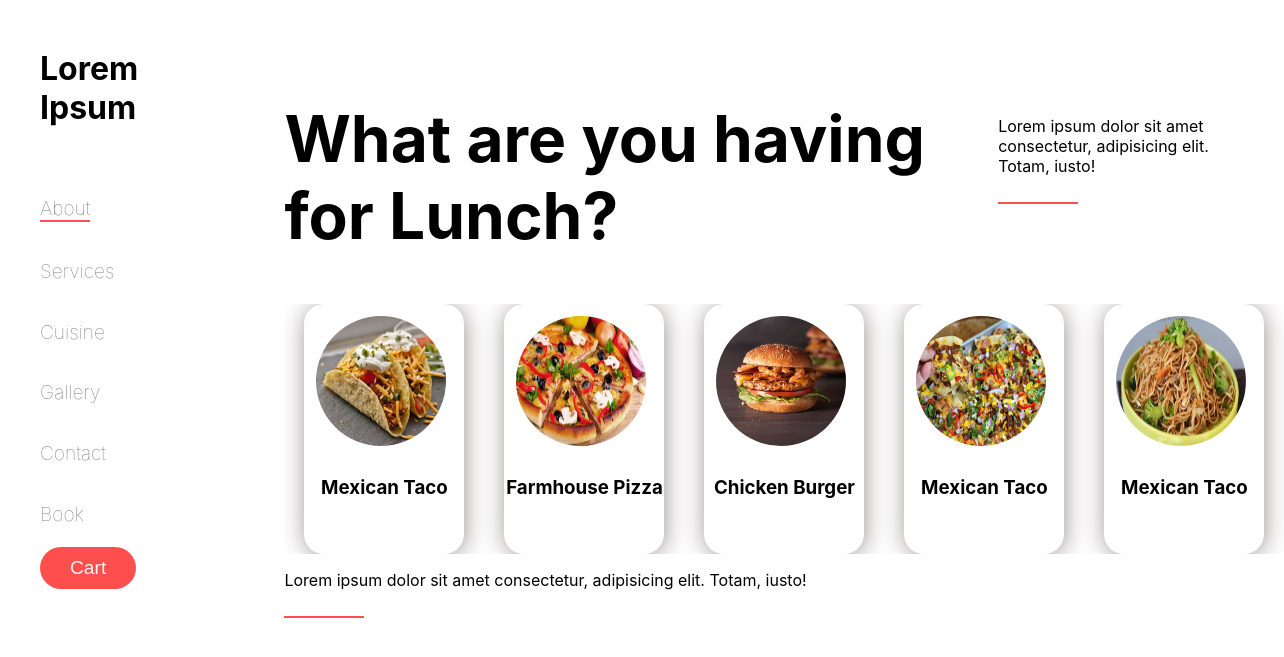
Repository: Marlstergo/assignment2
Page: /
An editor plug-in stored every save of this project. The page is shown before and after the next save, followed by the edit.
The browser window is 1280 px wide. The page is 1284 px wide, then 1280 px, so the pictures cover 1284 px, including what lies to the right of the window. The pictures show the whole page.
The project was rebuilt for these pictures with package versions that can differ from the ones it lists, and the page was loaded fresh each time.

Above is the page before, as saved 2021-07-28 15:24:01.

### src/App.js
import logo from "./logo.svg";
import "./App.css";

import Nachos from "./asset/nachos.png";
import Taco from "./asset/taco.png";
import Noodles from "./asset/noodles.png";
import Pizza from "./asset/pizza.png";
import Chicken from "./asset/chicken.png";

function App() {
  return (
    <div className="container">
      <div className="full">
        <div className="sidebar">
          <div className="logo">
            <h1>Lorem</h1>

            <h1> Ipsum</h1>
          </div>
          <div className="items">
            <div className="item ">
              <h2 id="currnet">About</h2>
            </div>
            <div className="item">
              <h2 className="">Services</h2>
            </div>
            <div className="item">
              <h2 className="">Cuisine</h2>
            </div>
            <div className="item">
              <h2 className="">Gallery</h2>
            </div>
            <div className="item">
              <h2 className="">Contact</h2>
            </div>
            <div className="item">
              <h2 className="">Book</h2>
            </div>
            <div className="item">
              <button className="button">Cart</button>
            </div>
          </div>
        </div>
        <div className="main-view">
          <div className="hero">
            <div className="title">
              <h1 className="">What are you having for Lunch?</h1>
            </div>
            <div className="paragraph">
              <p className="">
                Lorem ipsum dolor sit amet consectetur, adipisicing elit. Totam,
                iusto!
              </p>
              <div className="divider" />
            </div>
          </div>
          <div className="row">
            <div className="cell">
              <div className="imagediv">
                {/* image */}
                <img src={Taco} alt="tago" className="" />
              </div>
              <div className="text-field">
                <h3 className="">Mexican Taco</h3>
              </div>
            </div>
            <div className="cell">
              <div className="imagediv">
                <img src={Pizza} alt="pizza" className="" />
                {/* image */}
              </div>
              <div className="text-field">
                <h3 className="">Farmhouse Pizza</h3>
              </div>
            </div>
            <div className="cell">
              <div className="imagediv">
                {/* image */}
                <img src={Chicken} alt="chicken" className="" />
              </div>
              <div className="text-field">
                <h3 className="">Chicken Burger</h3>
              </div>
            </div>
            <div className="cell">
              <div className="imagediv">
                {/* image */}
                <img src={Nachos} alt="nachos" className="" />
              </div>
              <div className="text-field">
                <h3 className="">Mexican Taco</h3>
              </div>
            </div>
            <div className="cell">
              <div className="imagediv">
                {/* image */}
                <img src={Noodles} alt="noodles" className="" />
              </div>
              <div className="text-field">
                <h3 className="">Mexican Taco</h3>
              </div>
            </div>
          </div>
          <div className="footerparagraph">
            <div className="paragraph2">
              <p className="">
                Lorem ipsum dolor sit amet consectetur, adipisicing elit. Totam,
                iusto!
              </p>
              <div className="divider" />
            </div>
          </div>
        </div>
      </div>
    </div>
  );
}

export default App;

### src/App.css
.container {
  height: 100vh;
  width: 100%;
  /* padding-left: 1.5rem;
  padding-right: 1.5rem; */
}

@media screen and (min-width: 640px) {
  .container {
    max-width: 640px;
    margin: 0 auto;
  }
}

@media screen and (min-width: 768px) {
  .container {
    max-width: 768px;
  }
  .sidebar {
    display: none;
  }
}

@media screen and (min-width: 1024px) {
  .container {
    max-width: 1024px;
    /* padding-left: 4rem;
    padding-right: 4rem; */
  }
}

@media screen and (min-width: 1280px) {
  .container {
    max-width: 1280px;
    /* padding-left: 5rem;
    padding-right: 5rem; */
  }
  .sidebar {
    display: none;
  }
}

@media screen and (min-width: 1536px) {
  .container {
    max-width: 1536px;
  }
}

.full {
  display: grid;
  grid-template-columns: repeat(9, minmax(0, 1fr));
  height: 100%;
}

.sidebar {
  grid-column: span 2 / span 2;
  padding-left: 40px;
  /* margin: auto 0; */
}
.logo {
  height: 175px;
  display: flex;
  /* align-items: center; */
  flex-direction: column;
  justify-content: center;
}

.items {
}

.item {
  color: rgb(101, 106, 104);
  font-weight: 100;
  margin: 5px 0px;
  /* font-size: ; */
  display: flex;
}
.item h2 {
  font-weight: 100;
  font-size: larger;
}

.button {
  padding: 10px 30px;
  font-size: larger;
  border-radius: 50px;
  background-color: rgb(255, 78, 78);
  border: 0;
  color: whitesmoke;
}

.logo h1 {
  padding: auto auto;
}

.main-view {
  grid-column: span 7 / span 7;
}

.row {
  display: inline-flex;
  overflow: hidden;
}

.hero {
  margin: 50px 0px;
  margin-top: 100px;
  display: grid;
  grid-template-columns: repeat(9, minmax(0, 1fr));
}
.paragraph {
  grid-column: span 3 / span 3;
  padding: 0 50px;
  border: 10px;
}

.divider {
  border-bottom: 2px solid rgb(255, 78, 78);
  /* border-color: rgb(255,78,78); */
  width: 80px;
  height: 10px;
}

.title {
  grid-column: span 6 / span 6;
  font-size: 2rem;
}

h1 {
  margin: 0;
}

.cell {
  margin-left: 20px;
  margin-right: 20px;
  /* background-color: aqua; */
  border-radius: 20px;
  height: 250px;
  width: 160px;
  box-shadow: 1px 2px 24px rgb(158, 148, 148);
}
.cell h3 {
  /* width: 100%; */
  margin: 0 auto;
}

.text-field {
  /* width: 100%; */
  /* margin: auto; */
  margin: 30px 0;
  display: flex;
}

.imagediv {
  margin: 12px;
  height: 130px;
  width: 130px;
  border-radius: 100%;
  overflow: hidden;
  display: flex;
  justify-content: center;
  align-items: center;
}

img {
  width: 100%;
  height: 100%;
}

#currnet {
  border-bottom: 2px solid rgb(255, 78, 78);
  text-decoration: underline;
  text-decoration: rgb(255, 78, 78);
}

@media screen and (max-width: 480px) {
  .main-view {
    grid-column: span 9 / span 93;
  }
  .sidebar {
    background-color: lightgreen;
    display: none;
  }
  .hero {
    display: block;
  }
  .paragraph {
    display: none;
  }
  .row {
    display: grid;
    grid-template-columns: repeat(2, minmax(0, 1fr));
    gap: 10px;
  }
}
@media screen and (min-width: 481px) {
  .sidebar{
    display: block;
  }
}

Loaded but not shown: public/index.html (common file); src/index.js (common file); src/index.css (common file); src/reportWebVitals.js (common file)

After the next save:
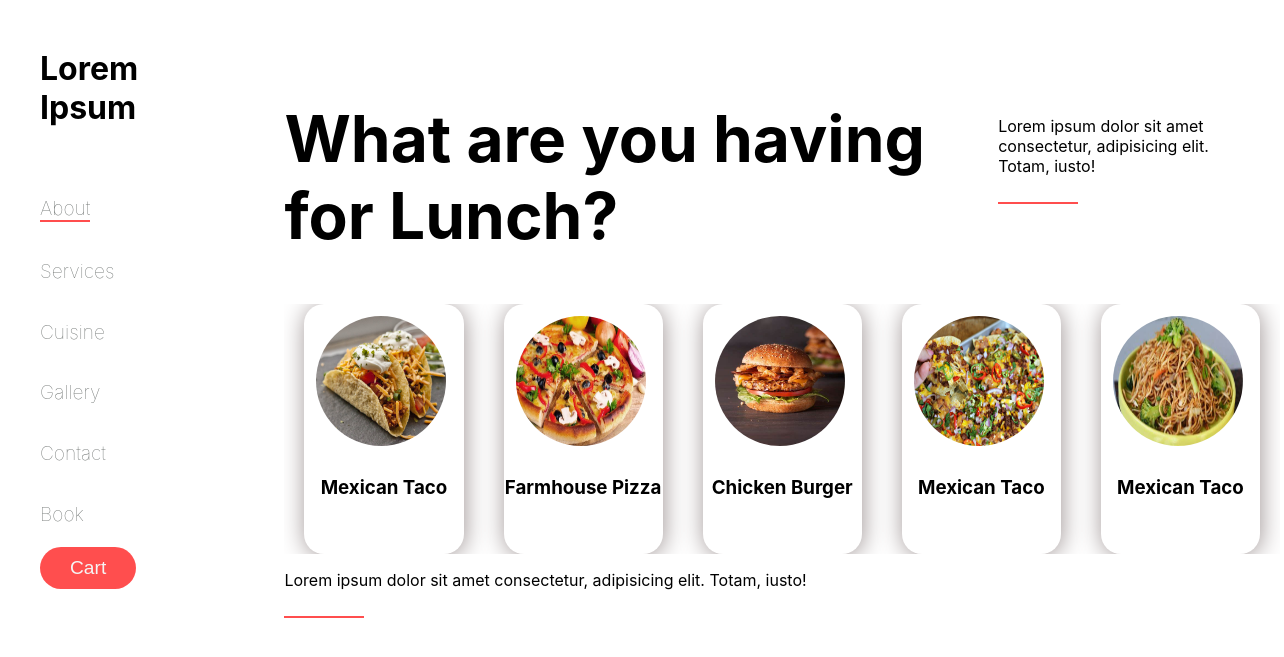
Saved 42 s later.
--- a/src/App.css
+++ b/src/App.css
@@ -98,7 +98,7 @@
 }
 
 .row {
-  display: inline-flex;
+  display: flex;
   overflow: hidden;
 }
 
